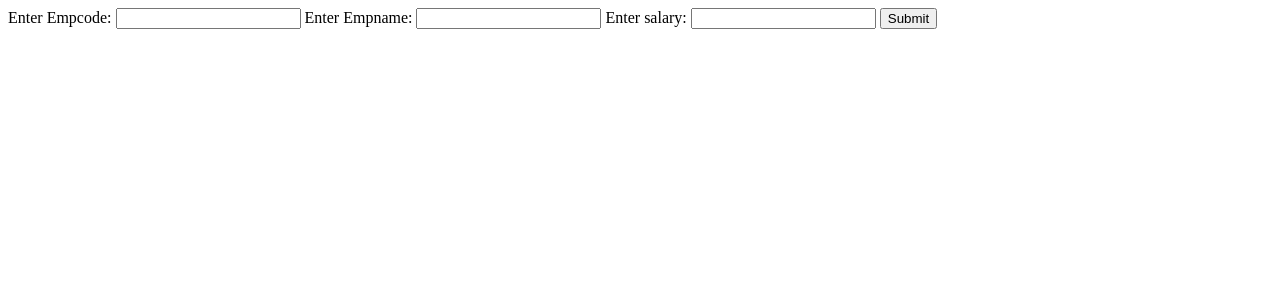
Repository: M-Anusha/Myprojects
Page: http://localhost/day15/AddEmployee.jsp
These files come from the project's save history. The page is drawn as it stood at one moment and after the next save; the edit follows.
The browser window is 1280 px wide. The pictures show the whole page.
The page is served by Tomcat 9. Other server files are loaded and not shown.

Above is the page before, as saved 2015-08-11 11:32:14.

### day15/WebContent/AddEmployee.jsp
<%@ page language="java" contentType="text/html; charset=ISO-8859-1"
    pageEncoding="ISO-8859-1"%>
<!DOCTYPE html PUBLIC "-//W3C//DTD HTML 4.01 Transitional//EN" "http://www.w3.org/TR/html4/loose.dtd">
<html>
<head>
<meta http-equiv="Content-Type" content="text/html; charset=ISO-8859-1">
<title>Insert title here</title>
</head>
<body>
<form action="AddEmployee">
Enter Empcode: <input type="text" name="Empcode">
Enter Empname: <input type="text" name="Empname">
Enter salary: <input type="text" name="Salary">
<input type="submit">
</form>
</body>
</html>

After the next save:
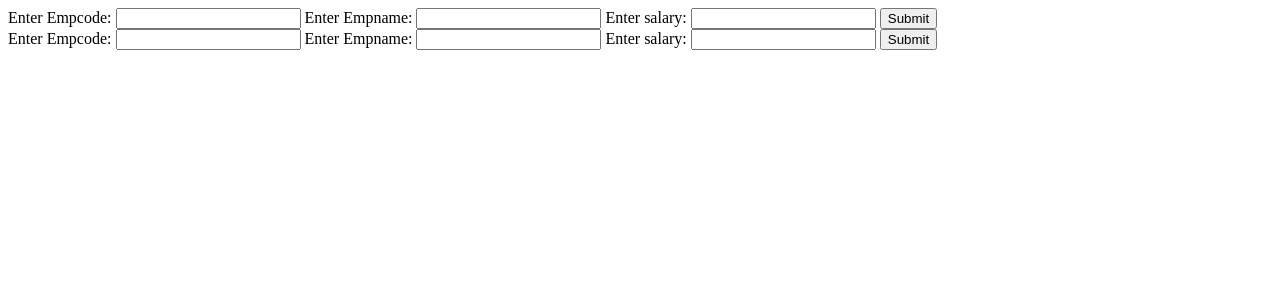
Saved 4 min 10 s later.
--- a/day15/WebContent/AddEmployee.jsp
+++ b/day15/WebContent/AddEmployee.jsp
@@ -13,5 +13,12 @@
 Enter salary: <input type="text" name="Salary">
 <input type="submit">
 </form>
+
+<form action="UpdateEmployee">
+Enter Empcode: <input type="text" name="Empcode">
+Enter Empname: <input type="text" name="Empname">
+Enter salary: <input type="text" name="Salary">
+<input type="submit">
+</form>
 </body>
 </html>

After the save that followed:
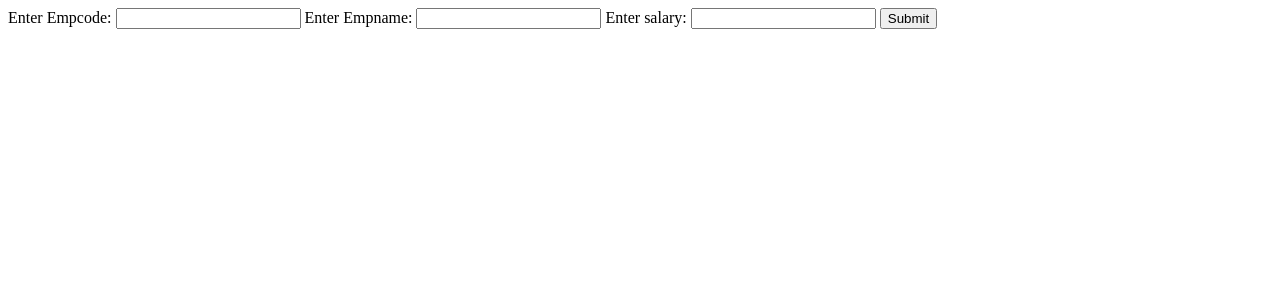
Saved 7 min 37 s later.
--- a/day15/WebContent/AddEmployee.jsp
+++ b/day15/WebContent/AddEmployee.jsp
@@ -14,11 +14,11 @@
 <input type="submit">
 </form>
 
-<form action="UpdateEmployee">
+<!-- <form action="UpdateEmployee">
 Enter Empcode: <input type="text" name="Empcode">
 Enter Empname: <input type="text" name="Empname">
 Enter salary: <input type="text" name="Salary">
-<input type="submit">
+<input type="submit"> -->
 </form>
 </body>
 </html>
